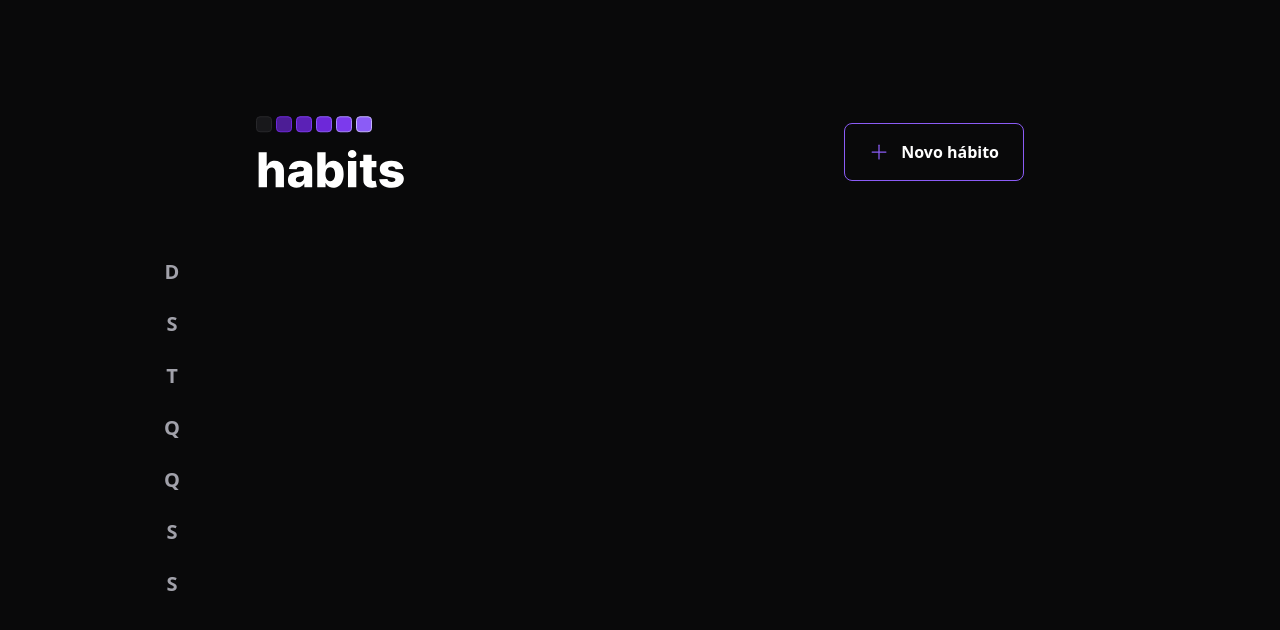
Repository: LuizAGDomingues/Habits-application
Page: /
An editor plug-in stored every save of this project. The page is shown before and after the next save, followed by the edit.
The browser window is 1280 px wide. The pictures show the whole page.
The project was rebuilt for these pictures with package versions that can differ from the ones it lists, and the page was loaded fresh each time. Also part of the build but not shown: vite.config.ts.

Above is the page before, as saved 2023-01-18 16:19:38.

### src/App.tsx
import Header from './components/Header'
import SummaryTable from './components/SummaryTable'
import './styles/global.css'


function App() {
  return (
    <div className="w-screen h-screen flex items-center justify-center">
      <div className="w-full max-w-5xl px-6 flex flex-col gap-16">
        <Header />
        <SummaryTable />
      </div>
    </div>
  )
}

export default App

### src/components/Header.tsx
import { Plus } from 'phosphor-react'
import logoImage from '../assets/logo.svg'

function Header() {
  return (
    <div className='w-full max-w-3xl mx-auto flex items-center justify-between'>
      <img src={logoImage} alt="Imagem da logo do habits" />
      <button
        className='border border-violet-500 font-semibold rounded-lg px-6 py-4 flex items-center gap-3 hover:border-violet-300'
        type='button'
      >
        <Plus size={20} className='text-violet-500'/>
        Novo hábito
      </button>
    </div>
  )
}

export default Header

### src/components/SummaryTable.tsx

const weekDays = ['D', 'S', 'T', 'Q', 'Q', 'S', 'S']

function SummaryTable() {
  return (
    <div className="w-full flex">
      <div className="grid grid-rows-7 grid-flow-row gap-3">
        {weekDays.map((weekDay, i) => {
          return (
            <div key={`${weekDay}-${i}`} className="text-zinc-400 text-xl h-10 w-10 font-bold flex items-center justify-center">
              {weekDay}
            </div>
          )
        })}
      </div>

      <div className="grid grid-rows-7 grid-flow-row gap-3">
        <div className=""></div>
      </div>
    </div>
  )
}

export default SummaryTable

### tailwind.config.cjs
/** @type {import('tailwindcss').Config} */
module.exports = {
  content: [
    "./src/**/*.tsx",
    "./index.html"
  ],
  theme: {
    extend: {
      colors: {
        background: '#09090A'
      },
      gridTemplateRows: {
        7: 'repeat(7, minmax(0, 1fr))'
      }
    },
  },
  plugins: [],
}

Loaded but not shown: index.html (common file); src/main.tsx (common file); src/styles/global.css (common file)

After the next save:
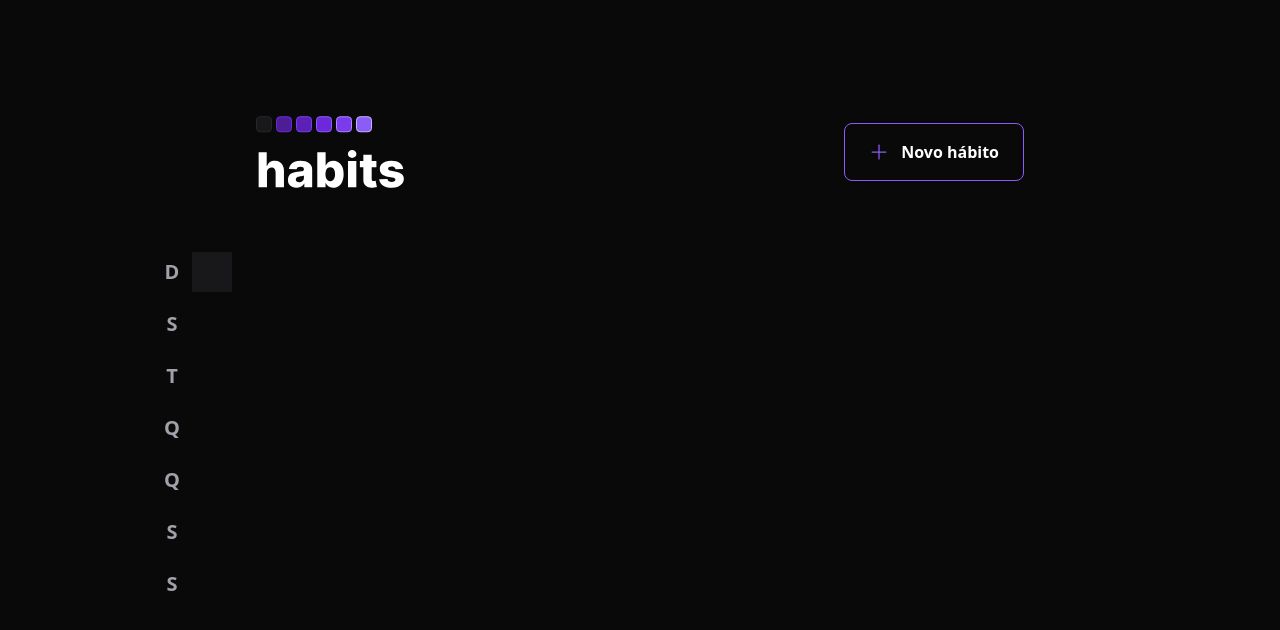
Saved 8 s later.
--- a/src/components/SummaryTable.tsx
+++ b/src/components/SummaryTable.tsx
@@ -15,7 +15,7 @@
       </div>
 
       <div className="grid grid-rows-7 grid-flow-row gap-3">
-        <div className=""></div>
+        <div className="w-10 h-10 bg-zinc-900 "></div>
       </div>
     </div>
   )
